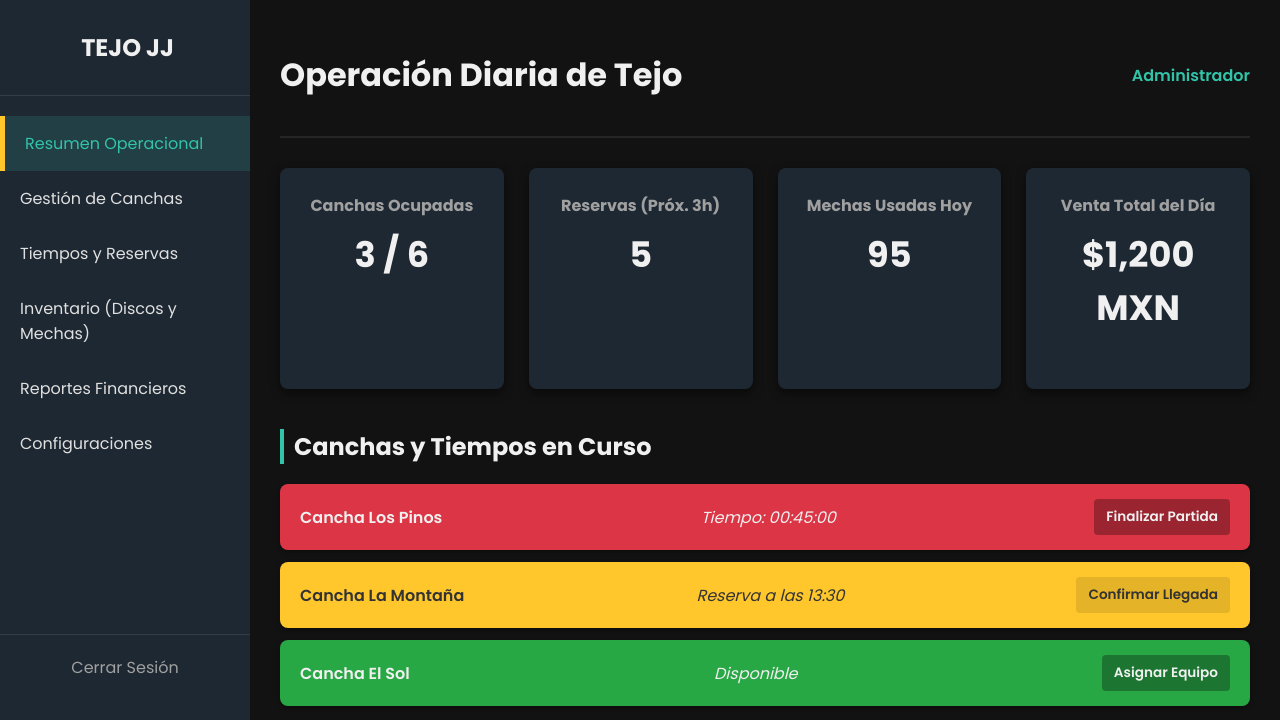
Repository: julianvargas55/ProyectoFormativoBilliarJJ
Page: http://localhost/administrador/indextejo
These files come from the project's save history. The page is drawn as it stood at one moment and after the next save; the edit follows.
The browser window is 1280 px wide. The pictures show the whole page.
An inner scrolling area shows only its first screen. The page is this project's Thymeleaf template; nobody is signed in. The template is opened directly, without the code that normally fills it, so the values that code supplies are empty.

Above is the page before, as saved 2025-10-16 17:54:31.

After the next save:
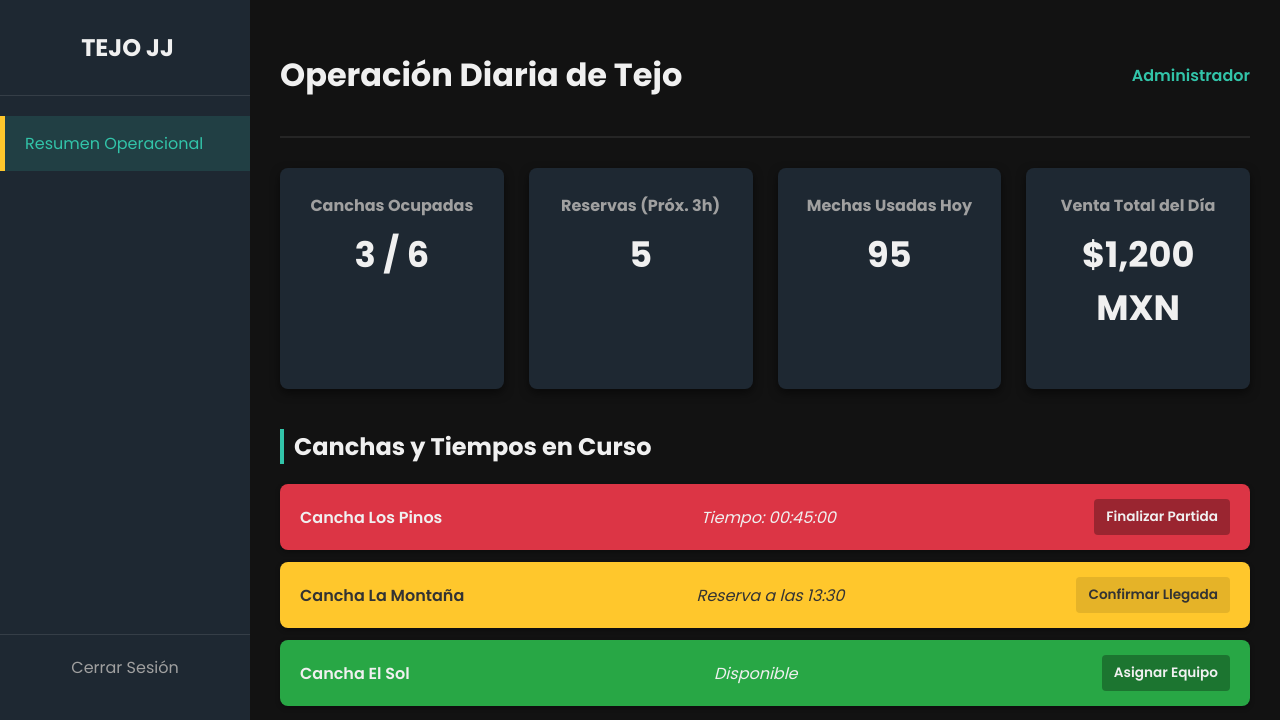
Saved 3 min 51 s later.
--- a/test/src/main/resources/templates/administrador/indextejo.html
+++ b/test/src/main/resources/templates/administrador/indextejo.html
@@ -18,14 +18,6 @@
                 <ul>
                     <li class="active"><a th:href="@{/#}"><i class="fas fa-home"></i> Resumen Operacional</a></li>
 
-                    <li><a th:href="@{/#}"><i class="fas fa-grip-lines-vertical"></i> Gestión de Canchas</a></li>
-
-                    <li><a th:href="@{/#}"><i class="fas fa-clock"></i> Tiempos y Reservas</a></li>
-
-                    <li><a th:href="@{/#}"><i class="fas fa-bomb"></i> Inventario (Discos y Mechas)</a></li>
-
-                    <li><a th:href="@{/#}"><i class="fas fa-chart-bar"></i> Reportes Financieros</a></li>
-                    <li><a th:href="@{/#}"><i class="fas fa-users-cog"></i> Configuraciones</a></li>
                 </ul>
             </nav>
             <div class="sidebar-footer">
